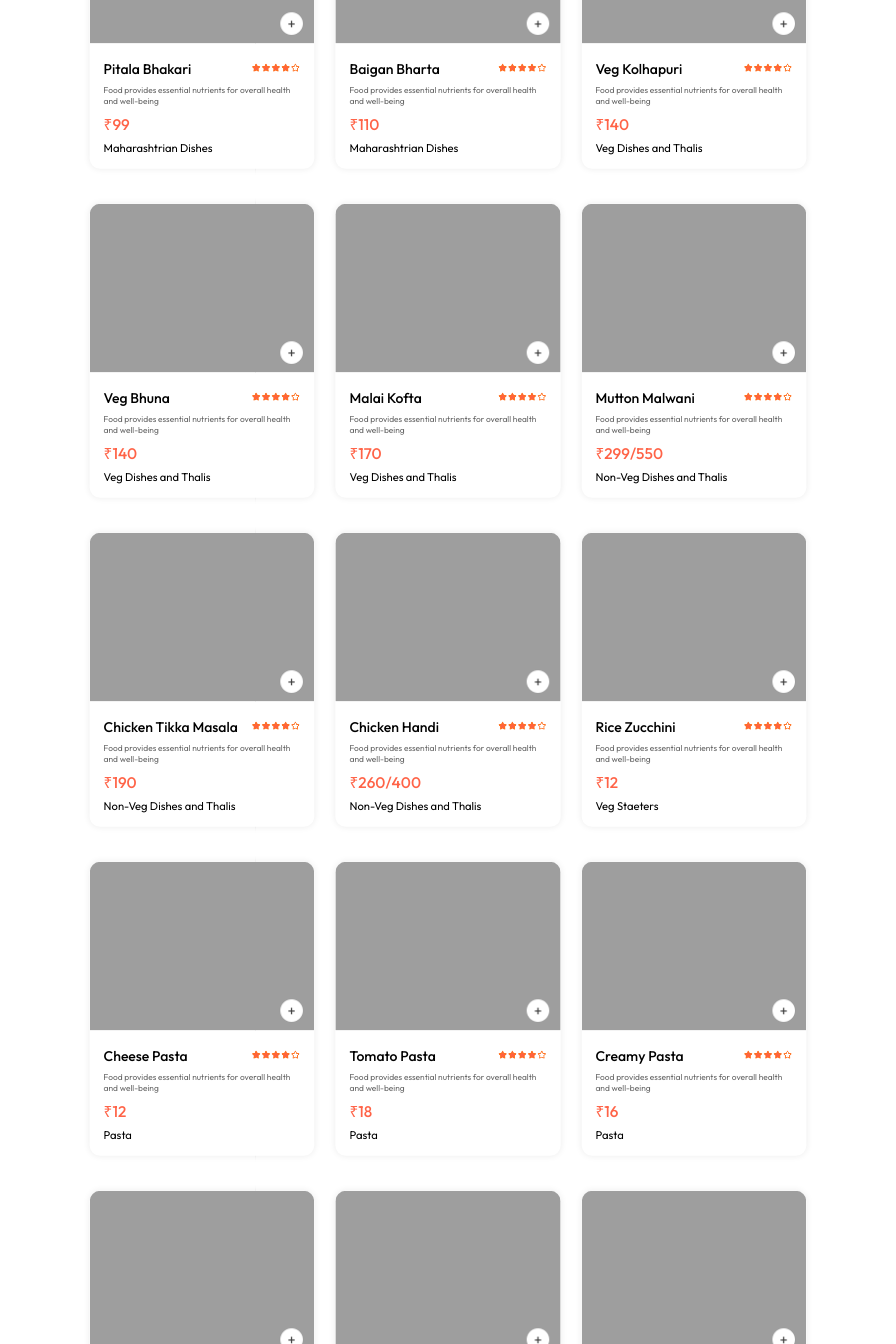
Repository: keyursanglikar/Hotel-Manangement
Page: / (app in frontend/)
The author's editor kept a copy of each file at every save. The page is drawn from the files as they stood at one save, then again after the next save.
The browser window is 1280 px wide. The pictures show the part of the page from y = 3203 to 5123 px (the page is 8982 px tall), at 70% of full size.
The page's requests for data from a server got no answer. The project was rebuilt for these pictures with package versions that can differ from the ones it lists, and the page was loaded fresh each time. No one was signed in, and anything a server would have sent is missing. Also part of the build but not shown: frontend/vite.config.js, frontend/src/pages/Cart/Cart.css, frontend/src/pages/Cart/Cart.jsx, frontend/src/pages/PlaceOrder/PlaceOrder.jsx, frontend/src/components/LoginPopup/LoginPopup.css, frontend/src/components/LoginPopup/LoginPopup.jsx, frontend/src/pages/Verify/Verify.css, frontend/src/pages/Verify/Verify.jsx and 2 more.

Above is the page before, as saved 2025-12-05 13:52:18.

After the next save:
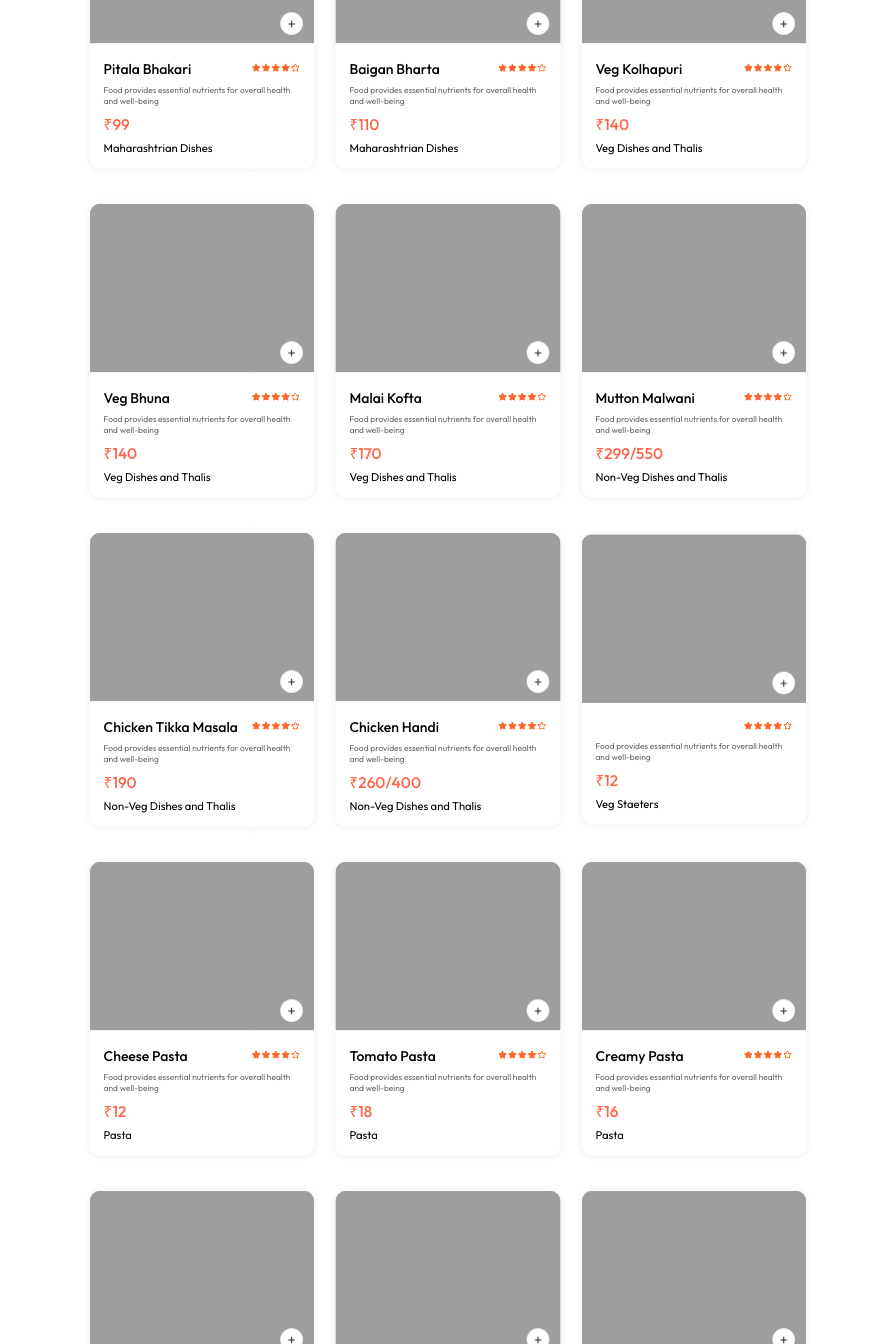
Saved 18 s later.
--- a/frontend/src/assets/assets.js
+++ b/frontend/src/assets/assets.js
@@ -734,7 +734,7 @@
     },
     {
         _id: "24",
-        name: "Rice Zucchini",
+        name: "",
         image: getFoodImage("food_24"),
         price: 12,
         description: "Food provides essential nutrients for overall health and well-being",
